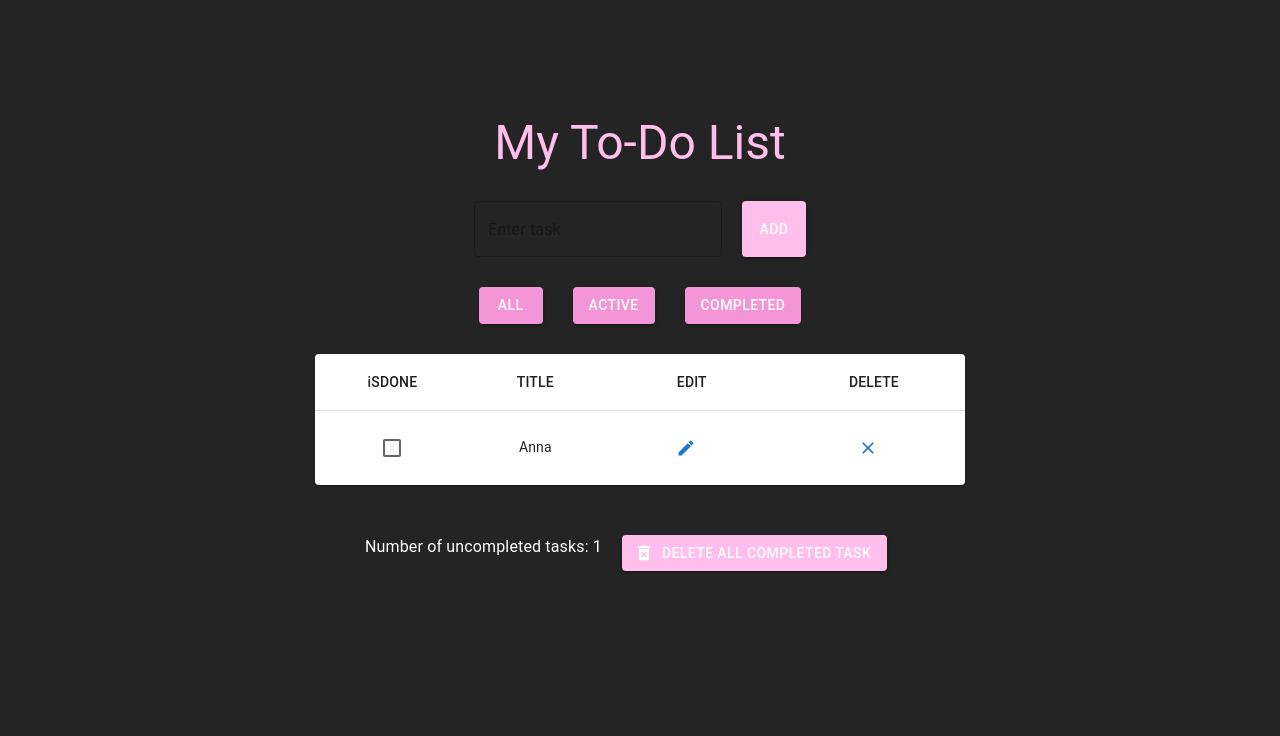
Repository: savannaaaas/ToDo_List
Page: /
An editor plug-in stored every save of this project. The page is shown before and after the next save, followed by the edit.
The browser window is 1280 px wide. The pictures show the whole page.
The project was rebuilt for these pictures with package versions that can differ from the ones it lists, and the page was loaded fresh each time. Also part of the build but not shown: vite.config.js.

Above is the page before, as saved 2025-08-10 21:10:58.

### src/main.jsx
import { StrictMode } from "react";
import { createRoot } from "react-dom/client";
import { TaskProvider } from "./provider/TaskProvider.jsx";
import App from "./App.jsx";
import "./index.css";

createRoot(document.getElementById("root")).render(
  <StrictMode>
    <TaskProvider>
      <App />
    </TaskProvider>
  </StrictMode>
);

### src/provider/TaskProvider.jsx
import { TaskContext } from "../context/TaskContext";
import { useState, useEffect } from "react";
export const TaskProvider = ({ children }) => {
  const [tasks, setTasks] = useState(() => {
    const saved = localStorage.getItem("tasks");
    return saved
      ? JSON.parse(saved)
      : [{ id: 1, title: "Anna", isDone: false }];
  });
  useEffect(() => {
    localStorage.setItem("tasks", JSON.stringify(tasks));
  }, [tasks]);
  const [filterTask, setFilterTask] = useState("all");
  return (
    <TaskContext.Provider
      value={{ tasks, setTasks, filterTask, setFilterTask }}
    >
      {children}
    </TaskContext.Provider>
  );
};

### src/App.jsx
import { Header } from "./components/Header";
import { AddTask } from "./components/AddTask";
import { ShowTasks } from "./components/ShowTasks";
import { FilterTask } from "./components/FiterTasks";
import "./index.css";

function App() {
  return (
    <div className="toDo-list">
      <Header />
      <AddTask />
      <FilterTask />
      <ShowTasks />
    </div>
  );
}

export default App;

### src/index.css
:root {
  font-family: system-ui, Avenir, Helvetica, Arial, sans-serif;
  line-height: 1.5;
  font-weight: 400;
  background-color: #242424;
}


.toDo-list{
  display: flex;
  flex-direction: column;
  justify-content: center;
  align-items: center;
  min-height: 100vh;
  width: 100%;
  margin: 0 auto;
  box-sizing: border-box;
  gap: 30px;
}
.form{
  display: flex;
  flex-direction: row;
  gap: 20px;
}

### src/context/TaskContext.jsx
import { createContext } from "react";
export const TaskContext = createContext();

### src/components/Header.jsx
import { Typography } from "@mui/material";
export const Header = () => {
  return (
    <Typography variant="h3" sx={{ color: "#ffbeec" }}>
      My To-Do List
    </Typography>
  );
};

### src/components/AddTask.jsx
import { Controller } from "react-hook-form";
import { useForm } from "react-hook-form";
import { schema } from "../schema/shema";
import { yupResolver } from "@hookform/resolvers/yup";
import { Button, TextField } from "@mui/material";
import { useContext, useEffect } from "react";
import { TaskContext } from "../context/TaskContext";

export const AddTask = () => {
  const { tasks, setTasks } = useContext(TaskContext);
  const {
    control,
    handleSubmit,
    formState: { errors },
    reset,
  } = useForm({
    defaultValues: {
      title: "",
    },
    resolver: yupResolver(schema),
    mode: "onTouched",
  });
  const handleInputSubmit = (data) => {
    console.log(data);
    const task = {
      id: crypto.randomUUID(),
      title: data.title,
      isDone: data.isDone,
      date: new Date(),
    };
    const updateTask = [...tasks, task];
    setTasks(updateTask);
    localStorage.setItem("tasks", JSON.stringify(updateTask));
    reset();
  };
  return (
    <form onSubmit={handleSubmit(handleInputSubmit)} className="form">
      <Controller
        name="title"
        control={control}
        defaultValue=""
        render={({ field }) => {
          return (
            <TextField
              {...field}
              placeholder="Enter task"
              helperText={errors.title?.message}
              error={!!errors.title}
              sx={{ borderColor: "#ffbeec" }}
              color="secondary"
            />
          );
        }}
      />
      <Button
        variant="contained"
        sx={{ backgroundColor: "#ffbeec" }}
        type="submit"
      >
        Add
      </Button>
    </form>
  );
};

### src/components/ShowTasks.jsx
import { useContext } from "react";
import { TaskContext } from "../context/TaskContext";
import { Task } from "./Task";
import Table from "@mui/material/Table";
import TableBody from "@mui/material/TableBody";
import TableCell from "@mui/material/TableCell";
import TableContainer from "@mui/material/TableContainer";
import TableHead from "@mui/material/TableHead";
import TableRow from "@mui/material/TableRow";
import Paper from "@mui/material/Paper";
import { Button, Checkbox, Typography } from "@mui/material";
import DeleteForeverIcon from "@mui/icons-material/DeleteForever";

export const ShowTasks = () => {
  const { tasks, setTasks, filterTask } = useContext(TaskContext);
  const handleDeleteAllTask = () => {
    setTasks((prevTask) => prevTask.filter((task) => !task.isDone));
  };
  const filterTasks = tasks
    .sort((a, b) => new Date(b.date).getTime() - new Date(a.date).getTime())
    .filter((task) => {
      if (filterTask === "active") {
        return !task.isDone;
      }
      if (filterTask === "completed") {
        return task.isDone;
      }
      return task;
    });
  const uncompletedTask = tasks.filter((task) => !task.isDone).length;
  return (
    <div>
      {" "}
      <TableContainer component={Paper}>
        <Table sx={{ minWidth: 650 }} aria-label="simple table">
          <TableHead>
            <TableRow>
              <TableCell align="center">iSDONE</TableCell>
              <TableCell align="center">TITLE</TableCell>
              <TableCell align="center">EDIT</TableCell>
              <TableCell align="center">DELETE</TableCell>
            </TableRow>
          </TableHead>
          <TableBody>
            {filterTasks.map((task) => {
              return <Task task={task} key={task.id} />;
            })}
          </TableBody>
        </Table>
      </TableContainer>
      <div
        style={{
          display: "flex",
          flexDirection: "row",
          gap: "20px",
          margin: "50px",
        }}
      >
        <Typography sx={{ color: "white" }}>
          Number of uncompleted tasks: {uncompletedTask}
        </Typography>
        <Button
          variant="contained"
          startIcon={<DeleteForeverIcon />}
          sx={{ backgroundColor: "#ffbeec" }}
          onClick={handleDeleteAllTask}
        >
          Delete All completed task
        </Button>
      </div>
    </div>
  );
};

### src/components/FiterTasks.jsx
import { TaskContext } from "../context/TaskContext";
import { useContext } from "react";
import { Button } from "@mui/material";

export const FilterTask = () => {
  const { setFilterTask } = useContext(TaskContext);
  return (
    <div style={{ display: "flex", flexDirection: "row", gap: "30px" }}>
      <Button
        variant="contained"
        sx={{ backgroundColor: "#f495d7ff" }}
        onClick={() => setFilterTask("all")}
      >
        All
      </Button>
      <Button
        variant="contained"
        sx={{ backgroundColor: "#f495d7ff" }}
        onClick={() => setFilterTask("active")}
      >
        Active
      </Button>
      <Button
        variant="contained"
        sx={{ backgroundColor: "#f495d7ff" }}
        onClick={() => setFilterTask("completed")}
      >
        Completed
      </Button>
    </div>
  );
};

### src/schema/shema.js
import * as yup from "yup";
export const schema = yup.object().shape({
  title: yup
    .string()
    .trim()
    .min(1, "The task must be more than 1 character long.")
    .required("This field is required")
    .test((value) => /^\S+$/.test(value)),
});

### src/components/Task.jsx
import { useState } from "react";
import { Checkbox } from "@mui/material";
import TableCell from "@mui/material/TableCell";
import TableRow from "@mui/material/TableRow";
import { useContext } from "react";
import { TaskContext } from "../context/TaskContext";
import ClearIcon from "@mui/icons-material/Clear";
import { Button, Input } from "@mui/material";
import ModeIcon from "@mui/icons-material/Mode";
import SaveAltIcon from "@mui/icons-material/SaveAlt";

export const Task = ({ task }) => {
  const { tasks, setTasks } = useContext(TaskContext);
  const [editTask, setEditTask] = useState(false);
  const [editTitleTask, setEditTitleTask] = useState(task.title);

  const handleChangeChecked = (id) => {
    setTasks((prevTask) =>
      prevTask.map((task) =>
        task.id === id ? { ...task, isDone: !task.isDone } : task
      )
    );
  };
  const handleDeleteTask = (id) => {
    setTasks((prevTask) => prevTask.filter((task) => task.id !== id));
  };
  const handleNewTitleTask = (id, newTitle) => {
    setTasks((prevTask) =>
      prevTask.map((task) =>
        task.id === id ? { ...task, title: newTitle } : task
      )
    );
  };

  const handleEditTask = (id) => {
    if (task.id === id) {
      setEditTask(!editTask);
    }
    if (editTask) {
      handleNewTitleTask(task.id, editTitleTask);
    }
  };

  return (
    <TableRow
      key={task.id}
      sx={{ "&:last-child td, &:last-child th": { border: 0 } }}
    >
      <TableCell align="center">
        <Checkbox
          checked={task.isDone ?? false}
          onChange={() => handleChangeChecked(task.id)}
        />
      </TableCell>
      <TableCell
        align="center"
        sx={{ textDecoration: task.isDone ? "line-through" : "none" }}
      >
        {editTask ? (
          <Input
            value={editTitleTask}
            onChange={(e) => setEditTitleTask(e.target.value)}
            // onKeyDown={handleEditTitleTask}
          />
        ) : (
          task.title
        )}
      </TableCell>
      <TableCell align="center">
        <Button
          startIcon={editTask ? <SaveAltIcon /> : <ModeIcon />}
          onClick={() => handleEditTask(task.id)}
        />
      </TableCell>
      <TableCell align="center">
        <Button
          startIcon={<ClearIcon />}
          onClick={() => handleDeleteTask(task.id)}
        />
      </TableCell>
    </TableRow>
  );
};

Loaded but not shown: index.html (common file)

After the next save:
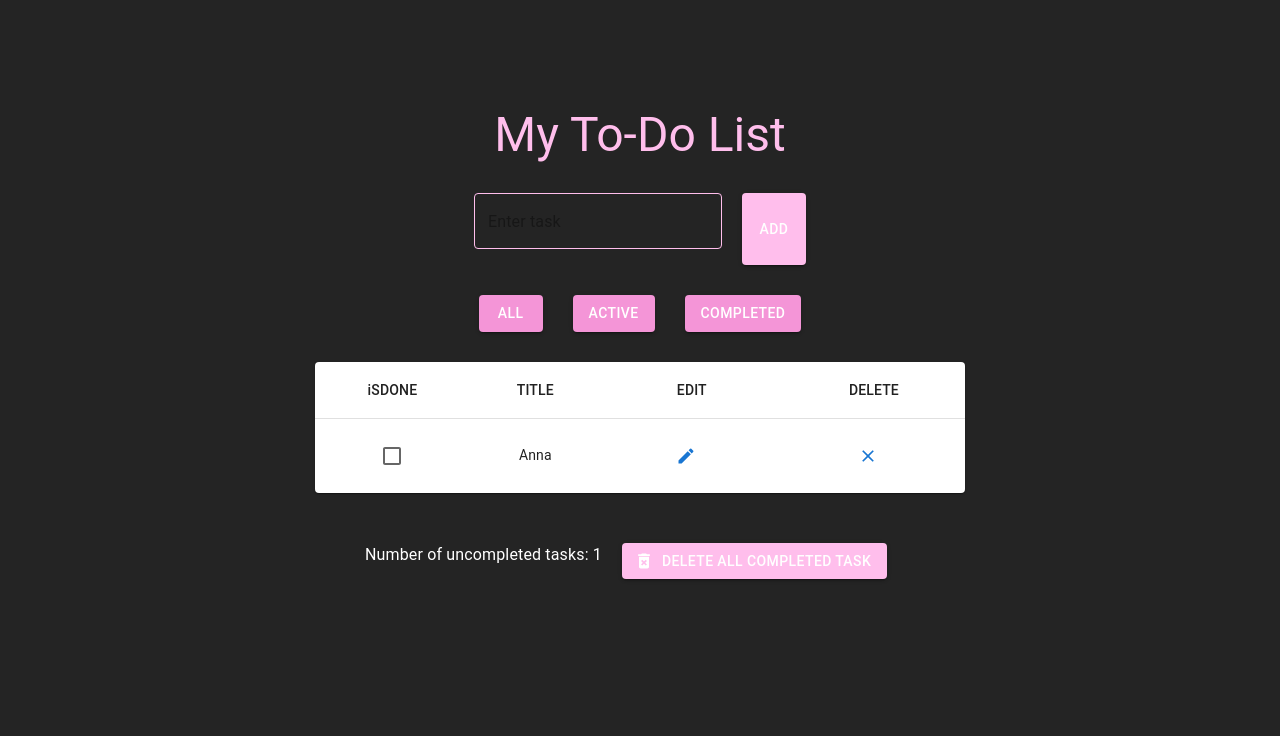
Saved 42 s later.
--- a/src/components/AddTask.jsx
+++ b/src/components/AddTask.jsx
@@ -46,7 +46,17 @@ export const AddTask = () => {
               placeholder="Enter task"
               helperText={errors.title?.message}
               error={!!errors.title}
-              sx={{ borderColor: "#ffbeec" }}
+              sx={{
+                "& .MuiOutlinedInput-root": {
+                  "& fieldset": {
+                    borderColor: "#ffbeec",
+                  },
+                  "&:hover fieldset": {
+                    borderColor: "#ff8fd8",
+                  },
+                },
+                marginBottom: 2,
+              }}
               color="secondary"
             />
           );
